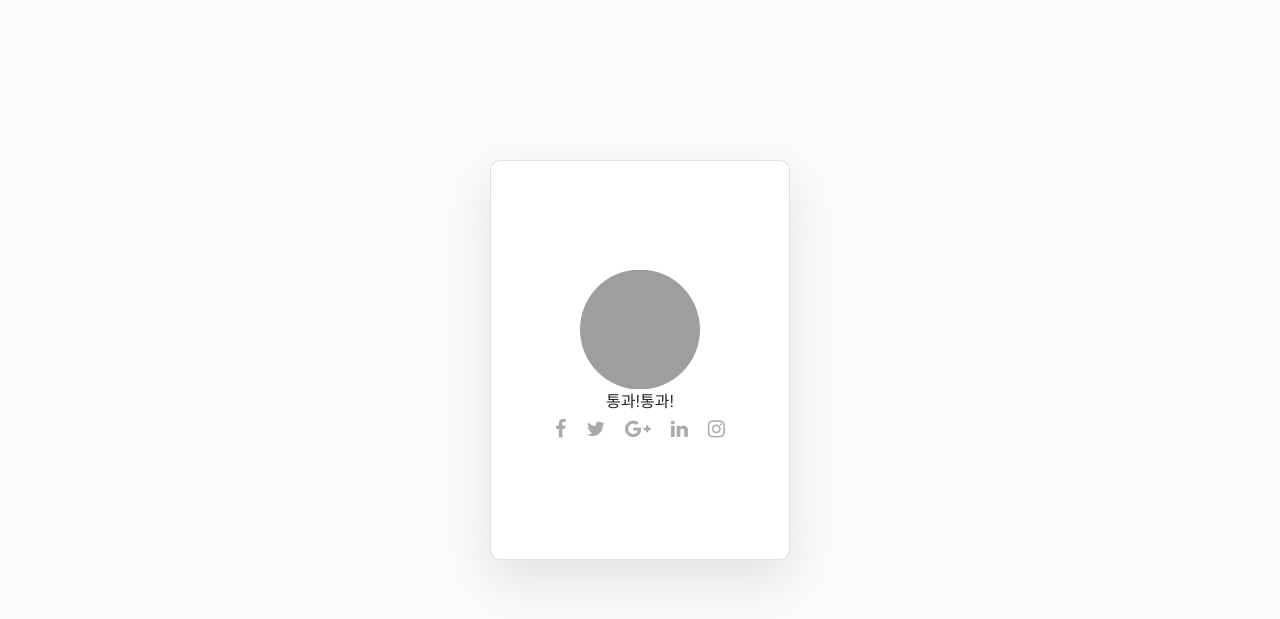
Repository: cheez0909/JSP
Page: http://localhost/1103/session/ServletEX/detail
These files come from the project's save history. The page is drawn as it stood at one moment and after the next save; the edit follows.
The browser window is 1280 px wide. The pictures show the whole page.
Pictures or frames that could not be fetched are drawn as grey boxes. Some web libraries are served in a nearby version. The page is served by Tomcat 9. Queries for data that is not in the repository find no rows.

Above is the page before, as saved 2023-11-09 08:34:23.

After the next save:
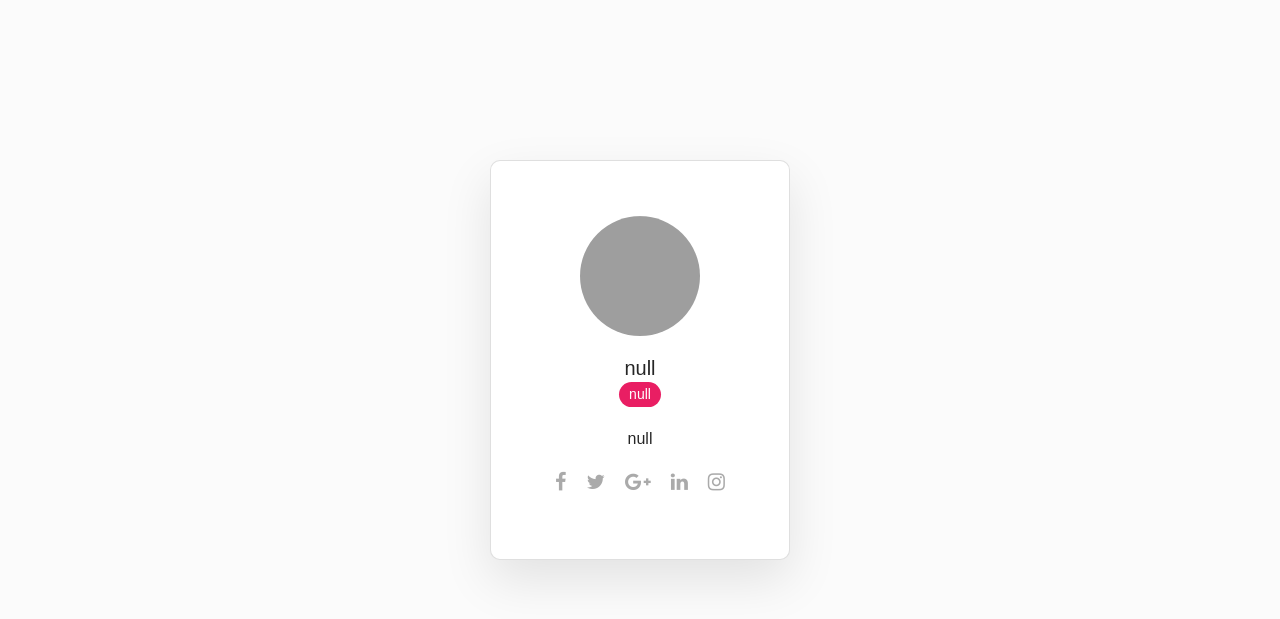
Saved 96 s later.
--- a/1103/src/main/webapp/session/ServletEX/Boarddetails.jsp
+++ b/1103/src/main/webapp/session/ServletEX/Boarddetails.jsp
@@ -107,38 +107,15 @@
             <img src="https://item.kakaocdn.net/do/b563e153db82fde06e1423472ccf192c960f4ab09fe6e38bae8c63030c9b37f9">
         </div>
 <%
-
-	BoardDAO boarddao = new BoardDAO();
-	List<BoardDTO> boarddto = boarddao.getList(request.getParameter("id"));
-	request.setAttribute("boarddto", boarddto);
-
-	String num = request.getParameter("num");
-
 	if(request.getAttribute("boarddto")!=null){
-		List<BoardDTO> dto = (List<BoardDTO>)request.getAttribute("boarddto");
-
-		out.print("통과!");
-
-		if(dto!=null){
-			out.print("통과!");
-
-			for(BoardDTO nums : dto){
-				out.print("(┬┬﹏┬┬)");
-				if(num.equals(nums.getNum())){
-				%>
-
-    			<h2><%=nums.getTitle() %><br><span><%=nums.getPostdate() %></span></h2>
-    			<p> <%=nums.getContent() %></p>
+		BoardDTO dtos = (BoardDTO) request.getAttribute("boarddto");
+		%>
+    			<h2><%=dtos.getTitle() %><br><span><%=dtos.getPostdate() %></span></h2>
+    			<p> <%=dtos.getContent() %></p>
 				<% }
 				else {
 					out.print("(┬┬﹏┬┬)");
 				}
-			}
-		}
-	} else {
-		out.print("불통과!");
-	}
-
 %>
 
 
